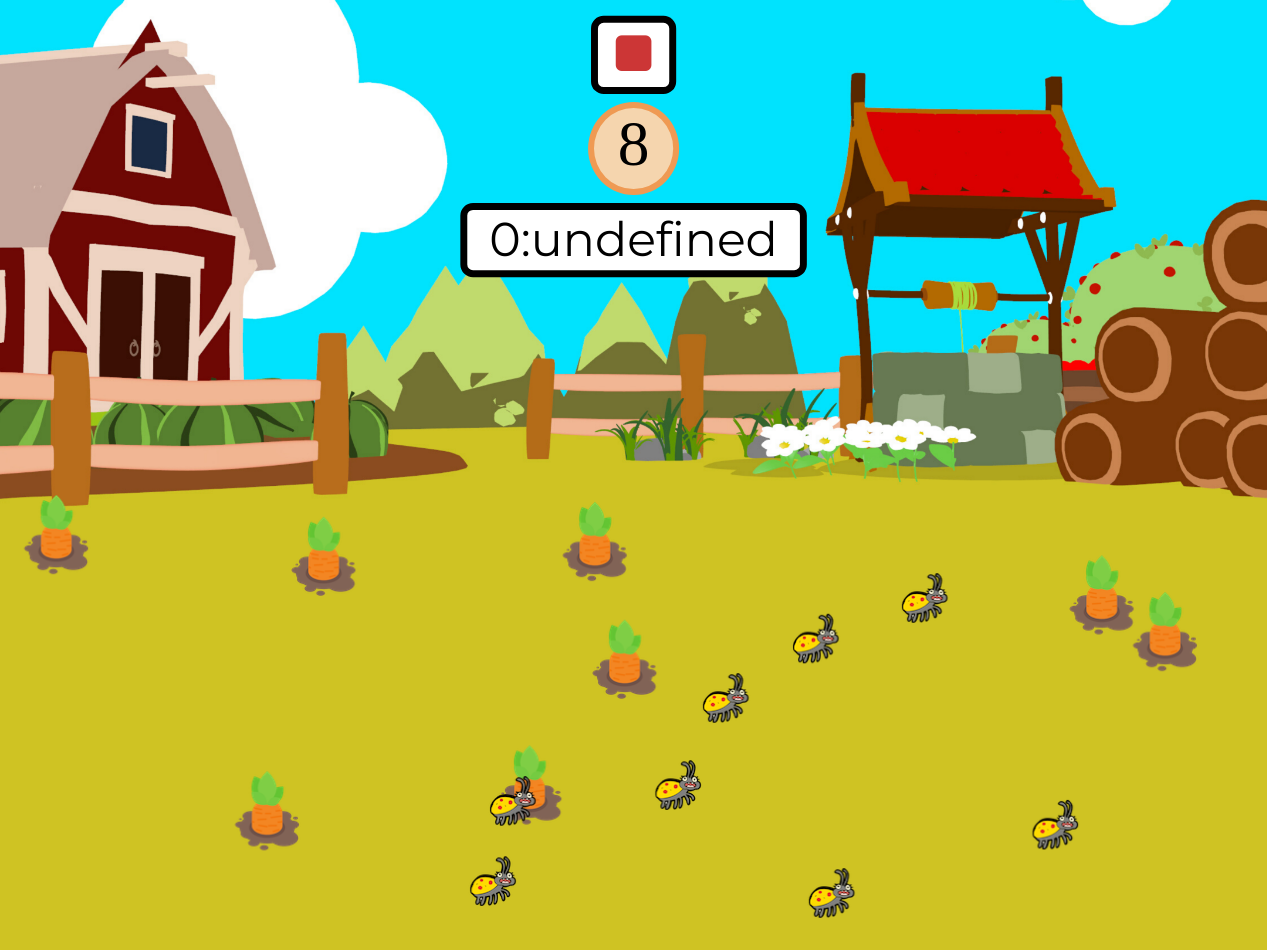
Repository: sephinejo/Mini-carrot-game
Page: index.html
These files come from the project's save history. The page is drawn as it stood at one moment and after the next save; the edit follows.
The browser window is 1280 px wide. The pictures show the whole page, at 99% of full size.
After loading, the first visible `button.info__play` was clicked once.
Some web fonts or font styles are not loaded; a fallback is used. Some web libraries are served in a nearby version.

Above is the page before, as saved 2023-05-15 13:14:06.

After the next save:
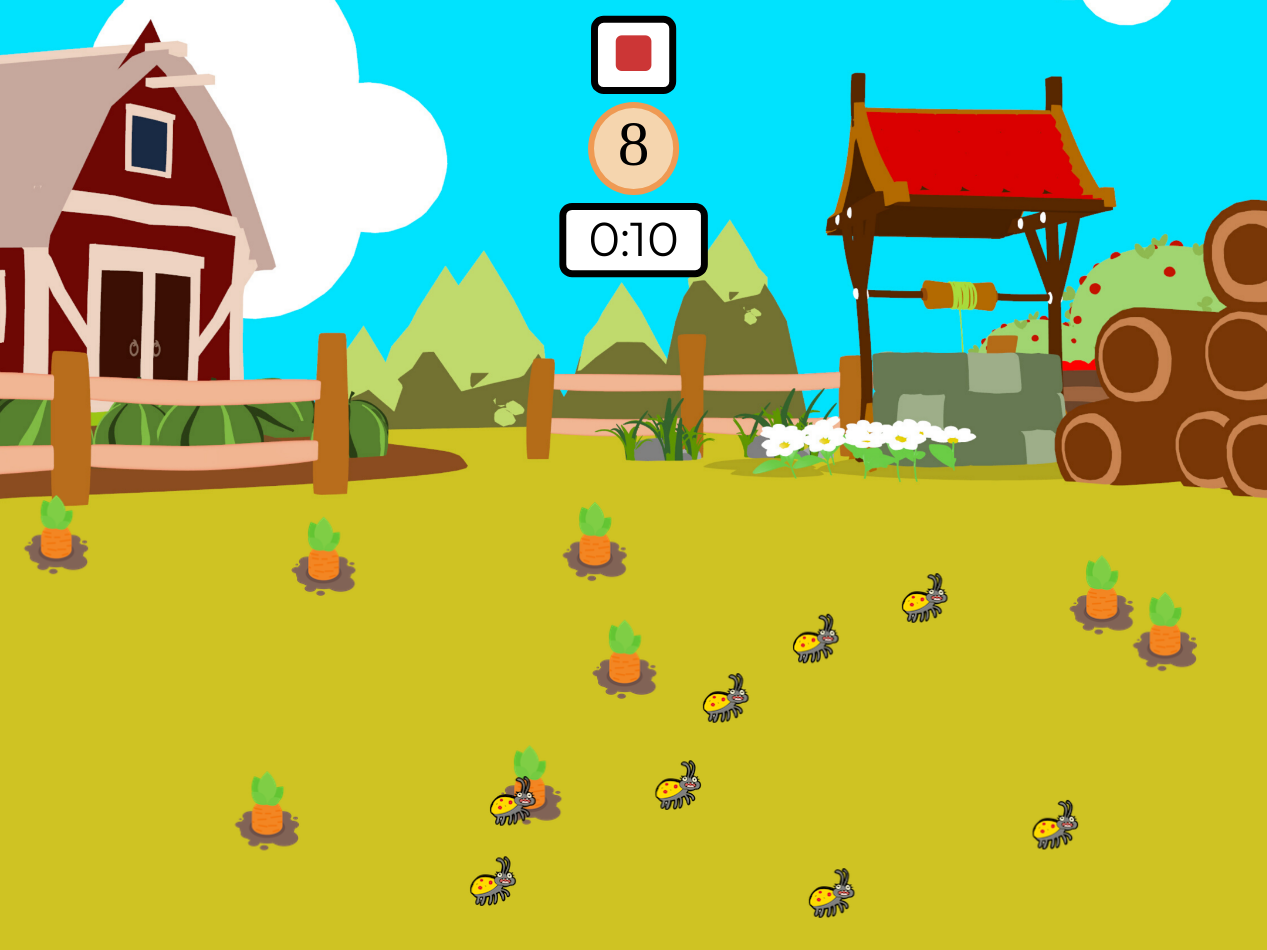
Saved 29 s later.
--- a/main.js
+++ b/main.js
@@ -28,7 +28,7 @@ function startGame() {
   initGame();
   showStopButton();
   showTimerAndCounter();
-  startGameTimer();
+  startGameTimer(TIMER_MAX);
 }
 
 function stopGame() {}
